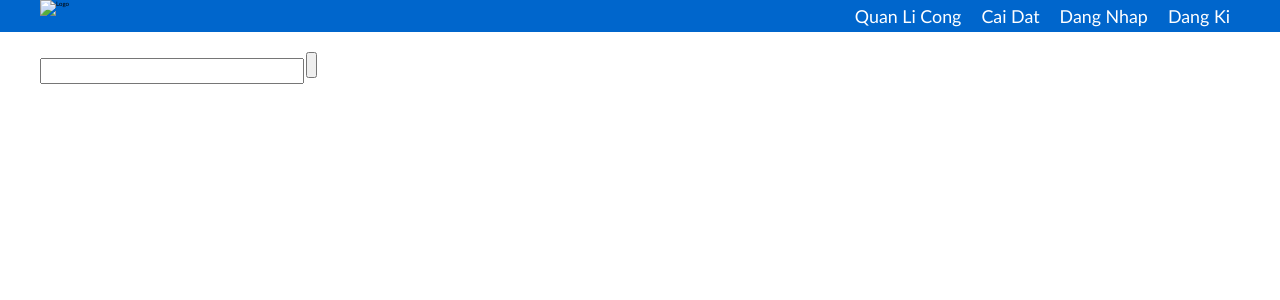
Repository: LDDUNG2003/a
Page: index.html
The author's editor kept a copy of each file at every save. The page is drawn from the files as they stood at one save, then again after the next save.
The browser window is 1280 px wide. The pictures show the whole page.
Some web libraries are served in a nearby version.

Above is the page before, as saved 2023-10-12 14:27:22.

After the next save:
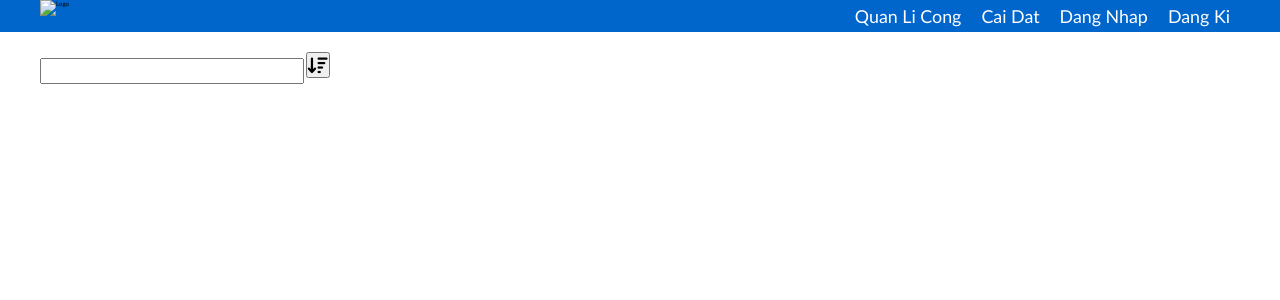
Saved 34 s later.
--- a/index.html
+++ b/index.html
@@ -35,7 +35,7 @@
                 <div>
                     <input class="search-input" type="text">
                     <button class="search-btn">
-                        <i class="fa-solid fa-arrow-down-wide-short" style="color: #eeeeec;"></i>
+                        <i style="font-size: 1.8rem;" class="fa-solid fa-arrow-down-wide-short" style="color: #eeeeec;"></i>
                     </button>
                 </div>
             </div>
